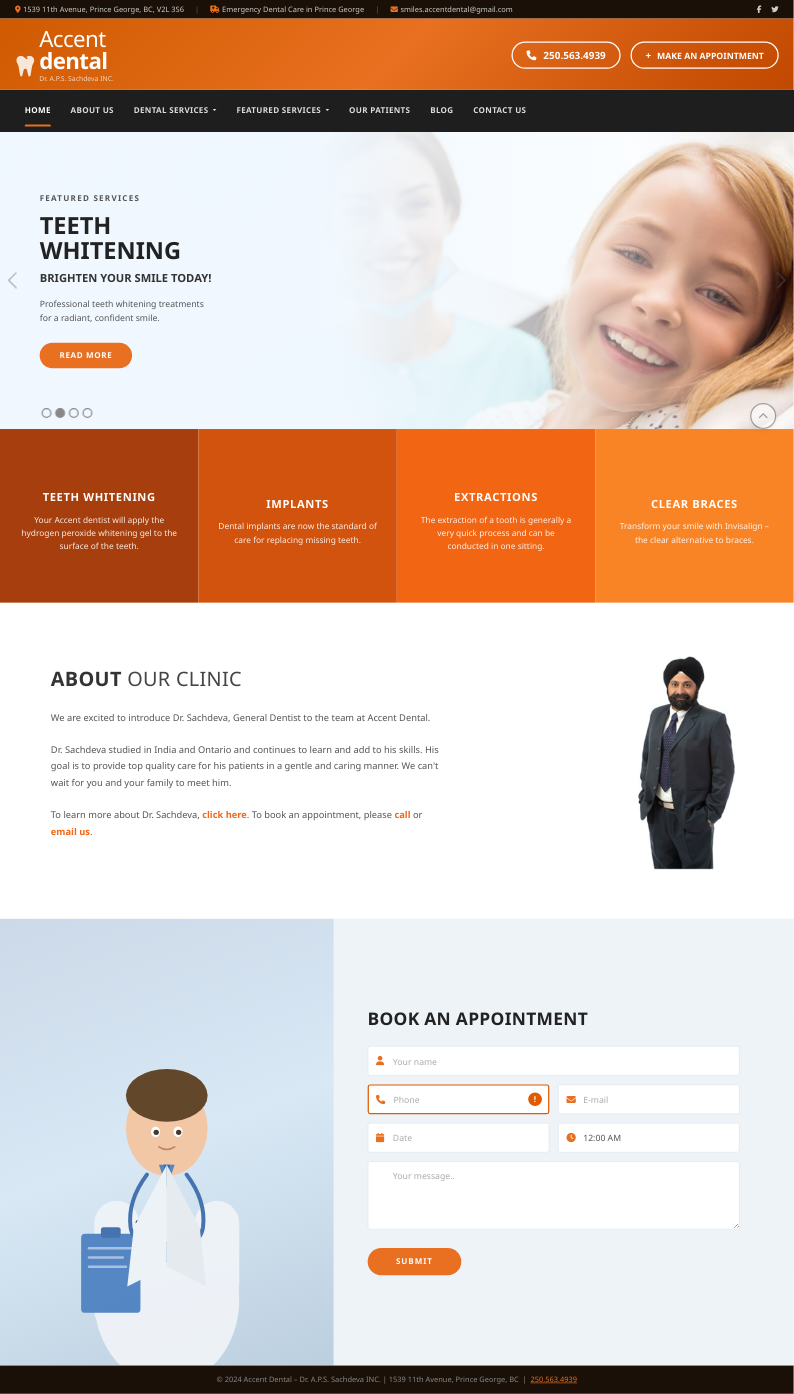
Repository: LaavKush/Dentofy
Page: index.html
An editor plug-in stored every save of this project. The page is shown before and after a run of saves, followed by the edit.
The browser window is 1280 px wide. The pictures show the whole page, at 62% of full size.

Above is the page before, as saved 2026-06-27 22:38:50.

After the next 2 saves:
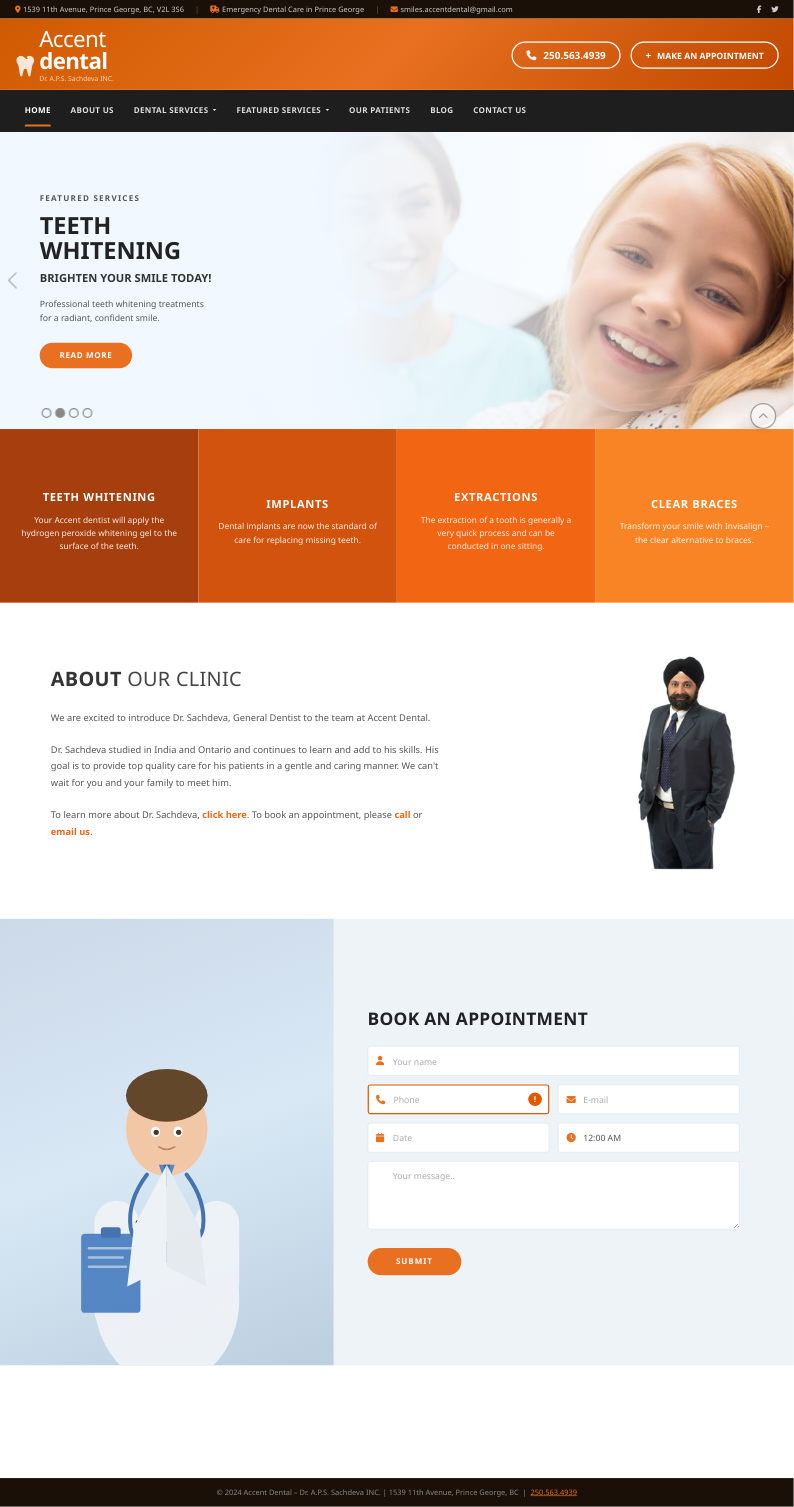
The 2 saves are shown as one change because they came seconds apart.
The last was saved 4 min 1 s later.
--- a/index.html
+++ b/index.html
@@ -426,6 +426,26 @@
 <button id="scrollTopBtn" onclick="window.scrollTo({top:0,behavior:'smooth'})" title="Back to top">
   <i class="fas fa-chevron-up"></i>
 </button>
+
+<section class="stats-counter-section">
+  <div class="stats-overlay"></div>
+  <div class="container position-relative text-center text-white">
+
+    <h2 class="stats-heading">ACCENT DENTAL <span>IN NUMBERS</span></h2>
+
+    <p class="stats-subheading">
+      We can talk for a long time about advantages of our Accent Dental before other medical treatment facilities.<br class="d-none d-md-block">
+      But you can read the following facts in order to make sure of all pluses of our clinic:
+    </p>
+
+    <div class="stats-counter-wrapper">
+      <div class="counter-number">19</div>
+      <div class="counter-divider"></div>
+      <div class="counter-label">YEARS<br>OF EXPERIENCE</div>
+    </div>
+
+  </div>
+</section>
 <!-- ══════════ FOOTER STRIP ══════════ -->
 <footer class="footer-strip">
   © 2024 Accent Dental – Dr. A.P.S. Sachdeva INC. | 1539 11th Avenue, Prince George, BC &nbsp;|&nbsp;
